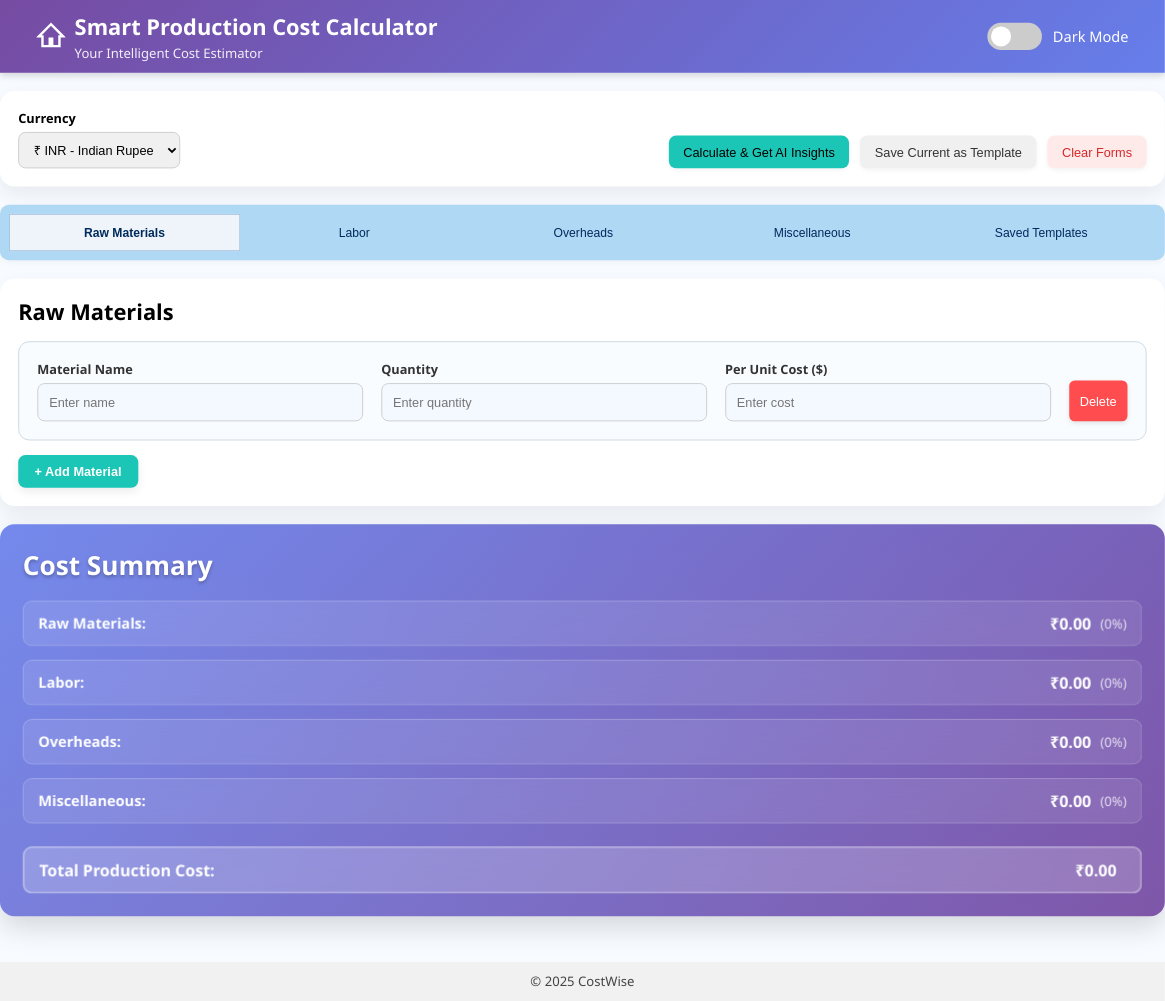
Repository: syntaxion25/COSTWISE
Page: index.html
The author's editor kept a copy of each file at every save. The page is drawn from the files as they stood at one save, then again after the next save.
The browser window is 1280 px wide. The pictures show the whole page, at 91% of full size.

Above is the page before, as saved 2025-06-13 19:29:18.
Console error: ReferenceError: savedTemplates is not defined

After the next save:
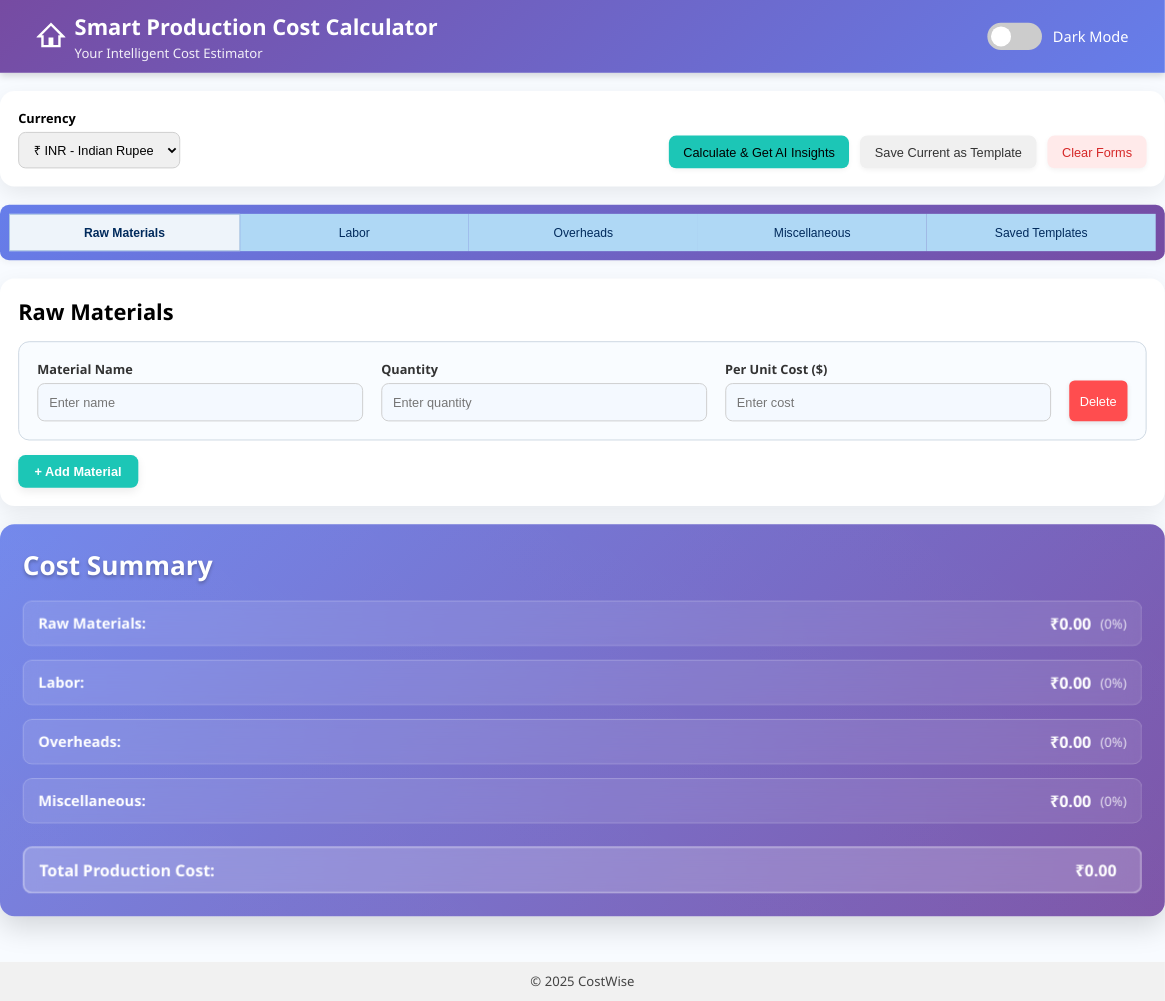
Saved 2 min 35 s later.
--- a/style.css
+++ b/style.css
@@ -257,7 +257,7 @@ svg {
 
 .tab-container {
   display: flex;
-  background-color: #afd8f5;
+  background: linear-gradient(135deg, #667eea 0%, #764ba2 100%);
   border-radius: 10px;
   padding: 10px;
   overflow-x: auto;
